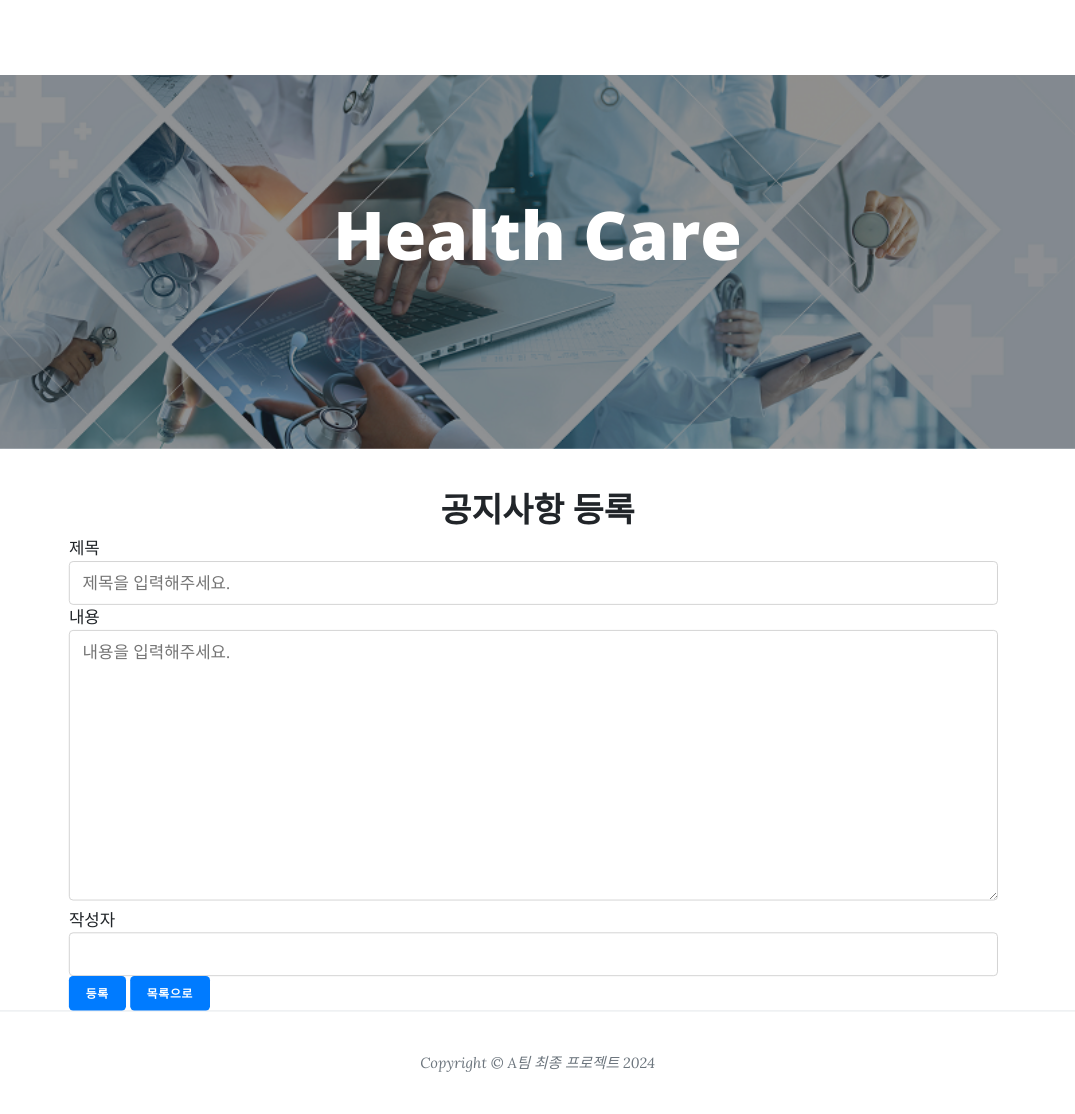
Repository: honsb91/project
Page: http://localhost/hospital/WEB-INF/views/board/notwriter.jsp
The author's editor kept a copy of each file at every save. The page is drawn from the files as they stood at one save, then again after the next save.
The browser window is 1280 px wide. The pictures show the whole page, at 84% of full size.
Some web libraries are served in a nearby version. The page is served by Tomcat 9. Nobody is signed in. Other server files are loaded and not shown. The template is opened directly, without the code that normally fills it, so the values that code supplies are empty.

Above is the page before, as saved 2024-02-07 02:57:46.

### hospital/src/main/webapp/WEB-INF/views/board/notwriter.jsp
<%@ page language="java" contentType="text/html; charset=UTF-8"
    pageEncoding="UTF-8"%>
<!DOCTYPE html>
<html>
<head>
<meta charset="UTF-8">
<title>Insert title here</title>
</head>
<link rel="stylesheet" href="/resources/css/board/notwriter.css">
<script src="https://ajax.googleapis.com/ajax/libs/jquery/3.3.1/jquery.min.js"></script>
<body>
<jsp:include page="/WEB-INF/views/include/header.jsp"/>
<h1>공지사항 등록</h1>
<form id="notice_form" action="/board/notwriter" method="post">
<div class="container">
    <div class="form-container">
        <div class="menu">제목</div>
           <input type="text" name="notice_title" class="notice-subject" placeholder=" 제목을 입력해주세요.">
    </div>
    <div class="form-container">
        <div class="menu">내용</div>
           <textarea name="notice_content" cols="30" rows="10" placeholder=" 내용을 입력해주세요." class="content"></textarea>
    </div>
    <div class="form-container">
        <div class="menu">작성자</div>
        <input type="text" name="notice_writer" id="writer" class="notice-subject">
    </div>
    <div class="button-container">
    <button type="submit" class="btn">등록</button>
    <button type="button" class="btn" id="notice_list">목록으로</button>
    </div>
    </div>
</form>
<jsp:include page="/WEB-INF/views/include/footer.jsp"/>
</body>
<script>
$(document).ready(function(){
    $("#notice_list").click(function(){
        // 목록 페이지로 이동
        window.location.href = "/board/notice";
    });
});
</script>
</html>

### hospital/src/main/webapp/WEB-INF/views/include/header.jsp
<%@ page language="java" contentType="text/html; charset=UTF-8"
	pageEncoding="UTF-8"%>
<%@ taglib prefix="c" uri="http://java.sun.com/jsp/jstl/core"%>
<meta charset="UTF-8">`
<title>Insert title here</title>
<head>
<meta charset="utf-8" />
<meta name="viewport" content="width=device-width, initial-scale=1, shrink-to-fit=no" />
<meta name="description" content="" />
<meta name="author" content="" />
<link rel="icon" type="image/x-icon" href="/resources/assets/favicon.ico" />
<script src="https://use.fontawesome.com/releases/v6.3.0/js/all.js" crossorigin="anonymous"></script>
<link href="https://fonts.googleapis.com/css?family=Lora:400,700,400italic,700italic" rel="stylesheet" type="text/css" />
<link href="https://fonts.googleapis.com/css?family=Open+Sans:300italic,400italic,600italic,700italic,800italic,400,300,600,700,800"
	rel="stylesheet" type="text/css" />
<link href="/resources/css/styles.css" rel="stylesheet" />
</head>
<body>
	<!-- Navigation-->
	<nav class="navbar navbar-expand-lg navbar-light" id="mainNav">
		<div class="container px-4 px-lg-5">
			<a class="navbar-brand" href="/main">Health Care</a>
			<button class="navbar-toggler" type="button"
				data-bs-toggle="collapse" data-bs-target="#navbarResponsive"
				aria-controls="navbarResponsive" aria-expanded="false"
				aria-label="Toggle navigation">
				Menu <i class="fas fa-bars"></i>
			</button>
			<div class="collapse navbar-collapse" id="navbarResponsive">
				<ul class="navbar-nav ms-auto py-4 py-lg-0 ">
    				<li class="nav-item"><a class="nav-link px-lg-3 py-3 py-lg-4" href="/main">Home</a></li>
    				<!-- 관리자로 로그인시 faq 와 공지사항은 안보이게 처리-->
    				<c:if test="${empty admin}">
    					<li class="nav-item"><a class="nav-link px-lg-3 py-3 py-lg-4" href="<c:url value='/board/faq'/>">FAQ</a></li>
    					<li class="nav-item"><a class="nav-link px-lg-3 py-3 py-lg-4" href="<c:url value='/board/notice'/>">공지사항</a></li>
    					<li class="nav-item"><a class="nav-link px-lg-3 py-3 py-lg-4" href="<c:url value='/board/qsboard'/>">질문게시판</a></li>
    				</c:if>

    				<c:if test="${empty patient and empty admin}">
        			<!-- 로그인 안 된 경우 -->
        				<li class="nav-item"><a class="nav-link px-lg-3 py-3 py-lg-4" href="<c:url value='/member/login'/>">로그인</a></li>
        				<li class="nav-item"><a class="nav-link px-lg-3 py-3 py-lg-4" href="<c:url value='/admin/login'/>">관리자 로그인</a></li>
        				<li class="nav-item"><a class="nav-link px-lg-3 py-3 py-lg-4" href="<c:url value='/member/join'/>">회원가입</a></li>
    				</c:if>

    				<c:if test="${not empty patient}">
        			<!-- 일반 회원으로 로그인된 경우 -->
        				<li class="nav-item"><a class="nav-link px-lg-3 py-3 py-lg-4" href="<c:url value='/member/logout'/>">로그아웃</a></li>
    				</c:if>

    				<c:if test="${not empty admin}">
        			<!-- 관리자로 로그인된 경우 -->
        				<li class="nav-item"><a class="nav-link px-lg-3 py-3 py-lg-4" href="<c:url value='/board/patient'/>">환자정보 관리</a></li>
        				<li class="nav-item"><a class="nav-link px-lg-3 py-3 py-lg-4" href="<c:url value='/board/faq'/>">FAQ 관리</a></li>
        				<li class="nav-item"><a class="nav-link px-lg-3 py-3 py-lg-4" href="<c:url value='/board/notice'/>">공지사항 관리</a></li>
        				<li class="nav-item"><a class="nav-link px-lg-3 py-3 py-lg-4" href="<c:url value='/admin/logout'/>">로그아웃</a></li>
    				</c:if>
				</ul>
			</div>
		</div>
	</nav>
	<!-- Page Header-->
	<header class="masthead" style="background-image: url('/resources/assets/img/test4.png')">
		<div class="container position-relative px-4 px-lg-5">
			<div class="row gx-4 gx-lg-5 justify-content-center">
				<div class="col-md-10 col-lg-8 col-xl-7">
					<div class="site-heading">
						<h1>Health Care</h1>
					</div>
				</div>
			</div>
		</div>
	</header>

### hospital/src/main/webapp/WEB-INF/views/include/footer.jsp
<%@ page language="java" contentType="text/html; charset=UTF-8"
    pageEncoding="UTF-8"%>
<!DOCTYPE html>
<html>
<head>
<meta charset="UTF-8">
<title>Insert title here</title>
</head>
<body>
<footer class="border-top">
		<div class="container px-4 px-lg-5">
			<div class="row gx-4 gx-lg-5 justify-content-center">
				<div class="col-md-10 col-lg-8 col-xl-7">
					<div class="small text-center text-muted fst-italic">Copyright
						&copy; A팀 최종 프로젝트 2024</div>
				</div>
			</div>
		</div>
	</footer>
	<!-- Bootstrap core JS-->
	<script
		src="https://cdn.jsdelivr.net/npm/bootstrap@5.2.3/dist/js/bootstrap.bundle.min.js"></script>
	<!-- Core theme JS-->
	<script src="js/scripts.js"></script>
</body>
</html>

### hospital/src/main/webapp/resources/css/board/notwriter.css

h1 {
    text-align: center;
}

form {
    max-width: 4000px;
    margin: 0 auto;
}

.input_wrap {
    margin-bottom: 20px;
}

label {
    display: block;
    margin-bottom: 5px;
}

input[type="text"],
textarea {
    width: calc(100% - 10px);
    padding: 10px;
    border-radius: 5px;
    border: 1px solid #ccc;
}

button.btn {
    padding: 10px 20px;
    background-color: #007bff;
    color: #fff;
    border: none;
    border-radius: 5px;
    cursor: pointer;
}

button.btn:hover {
    background-color: #0056b3;
}

### hospital/src/main/webapp/resources/js/scripts.js
/*!
* Start Bootstrap - Clean Blog v6.0.9 (https://startbootstrap.com/theme/clean-blog)
* Copyright 2013-2023 Start Bootstrap
* Licensed under MIT (https://github.com/StartBootstrap/startbootstrap-clean-blog/blob/master/LICENSE)
*/
window.addEventListener('DOMContentLoaded', () => {
    let scrollPos = 0;
    const mainNav = document.getElementById('mainNav');
    const headerHeight = mainNav.clientHeight;
    window.addEventListener('scroll', function() {
        const currentTop = document.body.getBoundingClientRect().top * -1;
        if ( currentTop < scrollPos) {
            // Scrolling Up
            if (currentTop > 0 && mainNav.classList.contains('is-fixed')) {
                mainNav.classList.add('is-visible');
            } else {
                console.log(123);
                mainNav.classList.remove('is-visible', 'is-fixed');
            }
        } else {
            // Scrolling Down
            mainNav.classList.remove(['is-visible']);
            if (currentTop > headerHeight && !mainNav.classList.contains('is-fixed')) {
                mainNav.classList.add('is-fixed');
            }
        }
        scrollPos = currentTop;
    });
})

Loaded but not shown: hospital/src/main/webapp/resources/css/styles.css (library)

After the next save:
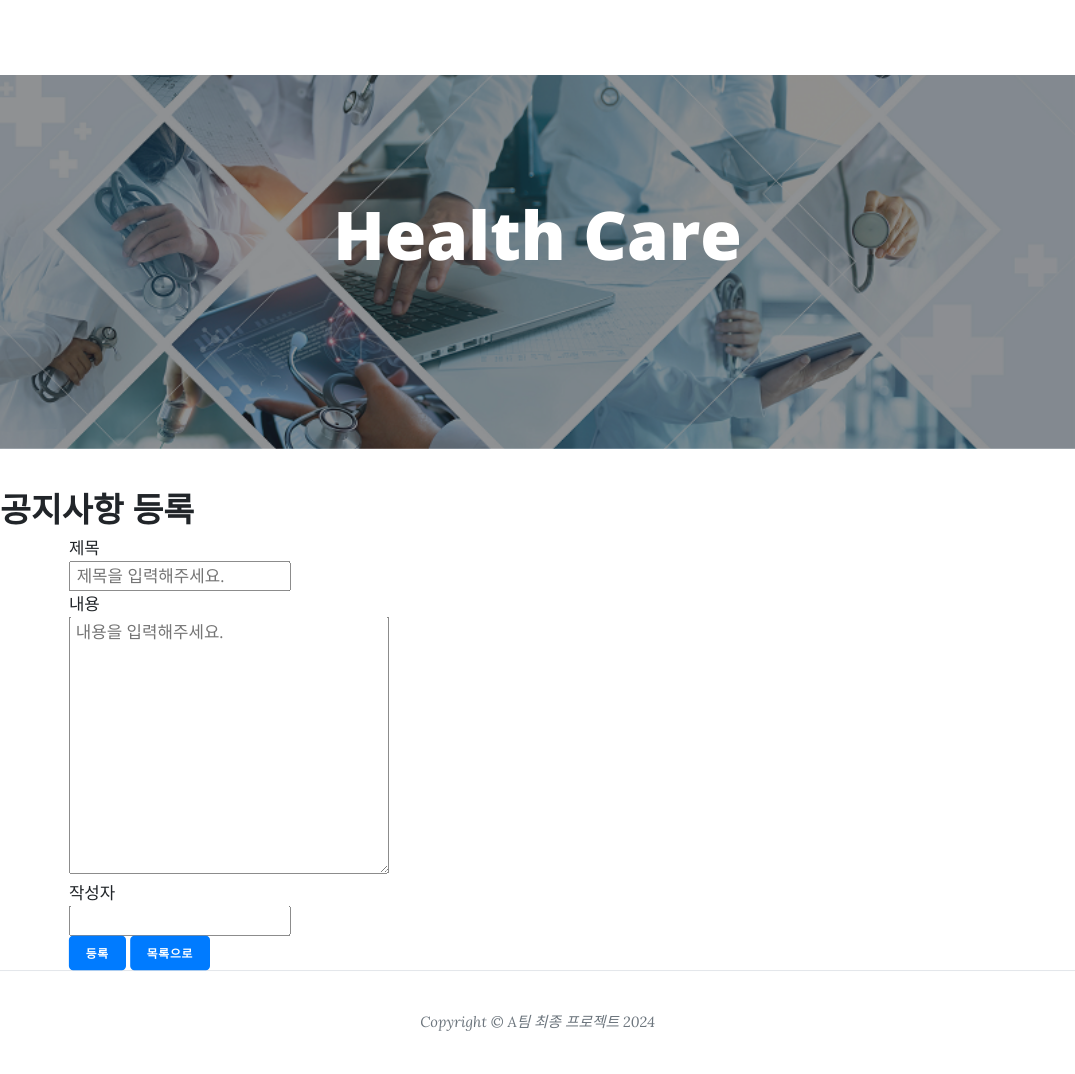
Saved 14 s later.
--- a/hospital/src/main/webapp/resources/css/board/notwriter.css
+++ b/hospital/src/main/webapp/resources/css/board/notwriter.css
@@ -1,4 +1,4 @@
-
+/*
 h1 {
     text-align: center;
 }
@@ -23,7 +23,7 @@ textarea {
     padding: 10px;
     border-radius: 5px;
     border: 1px solid #ccc;
-}
+} */
 
 button.btn {
     padding: 10px 20px;
